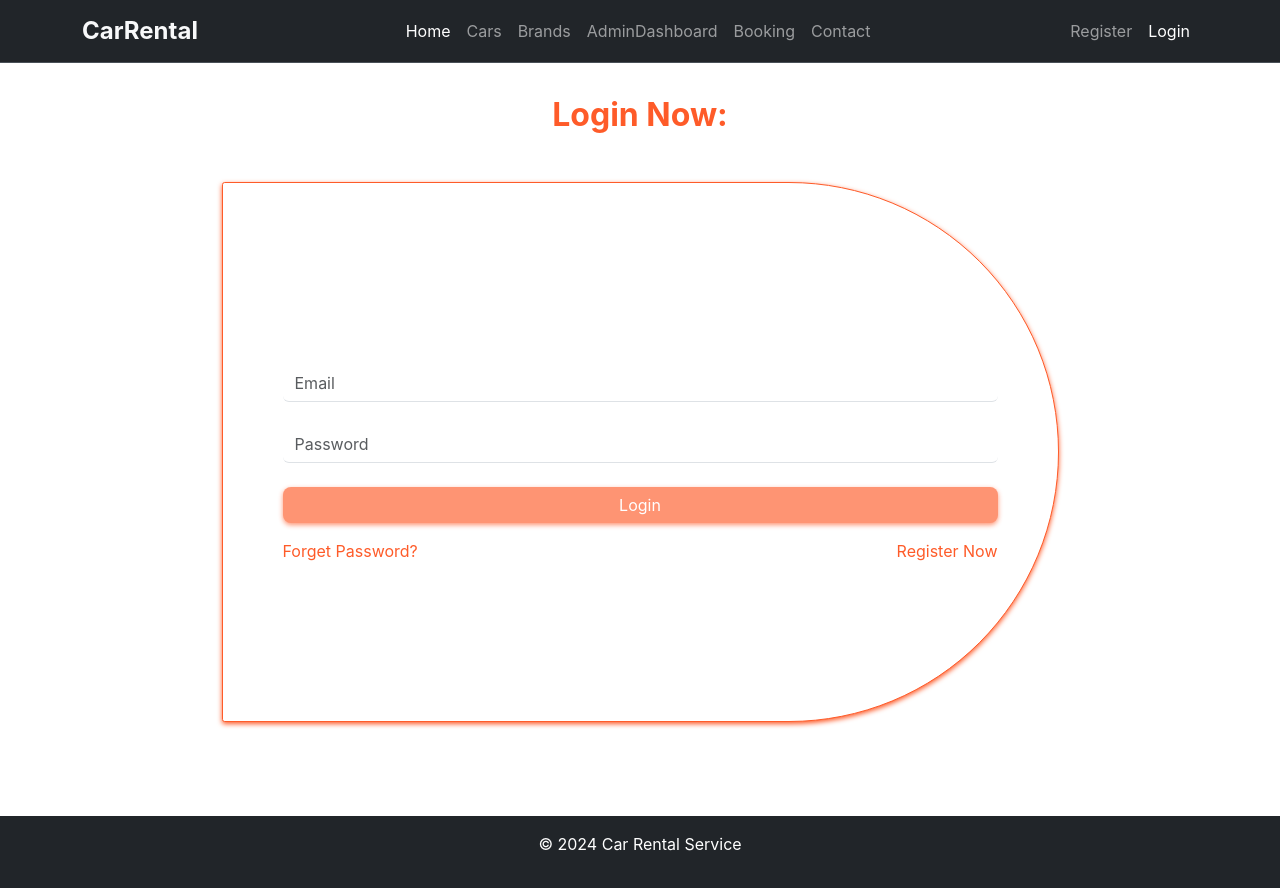
Repository: YomnaWegdan/frontendCarRental
Page: /admin
These files come from the project's save history. The page is drawn as it stood at one moment and after the next save; the edit follows.
The browser window is 1280 px wide. The pictures show the whole page.
The page's requests for data from a server got no answer. The project was rebuilt for these pictures with package versions that can differ from the ones it lists, and the page was loaded fresh each time. No one was signed in, and anything a server would have sent is missing. Also part of the build but not shown: src/App.css, src/Components/Hero.jsx, src/Components/CarItems.jsx, src/pages/Contact.jsx, src/pages/Home.jsx, src/pages/CarDetails.jsx, src/pages/Booking.jsx, src/pages/Register.jsx and 7 more.

Above is the page before, as saved 2024-11-02 10:46:17.

After the next save:
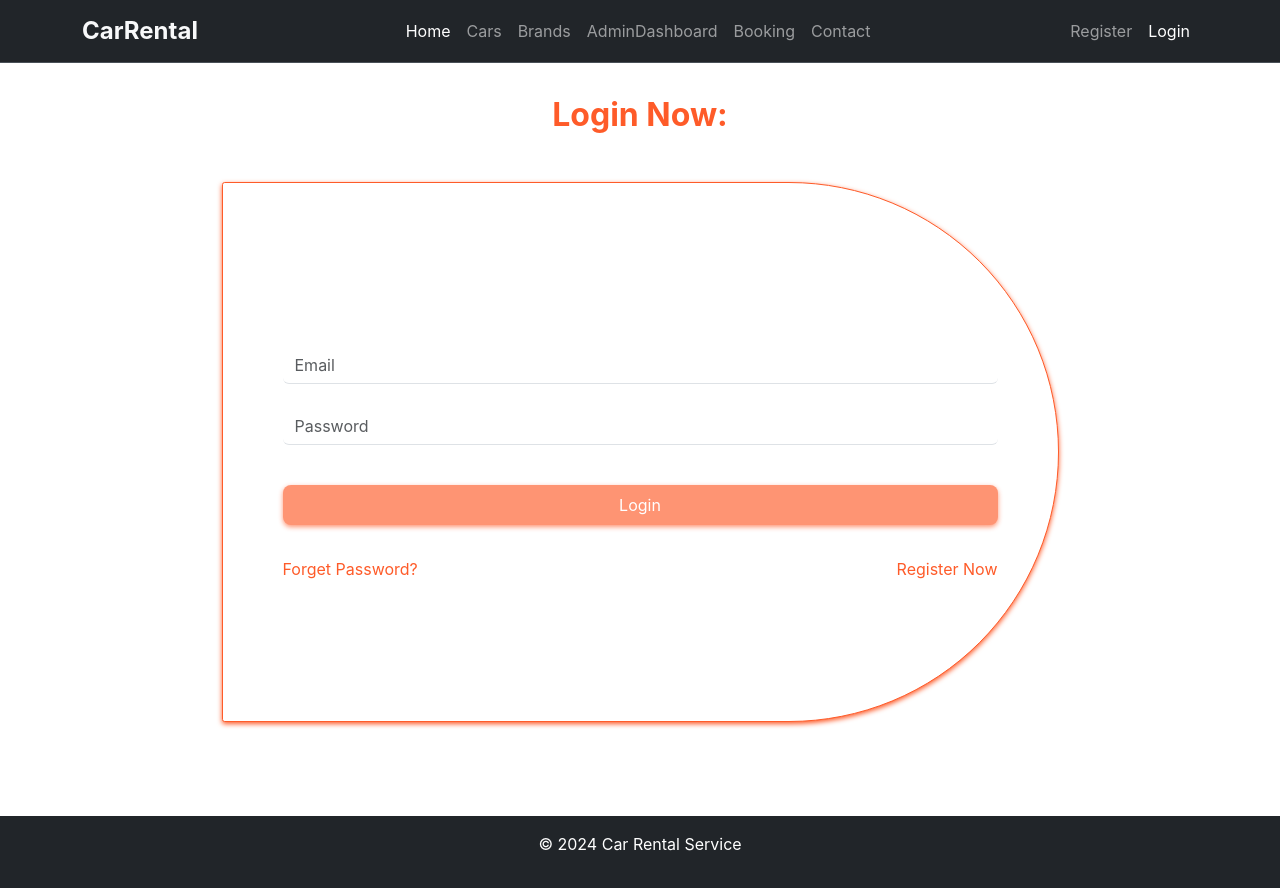
Saved 5 s later.
--- a/src/index.css
+++ b/src/index.css
@@ -37,6 +37,8 @@ code {
   border: 0;
   border-radius: 8px;
   box-shadow: 0 2px 5px #FE5B29 !important;
+  padding: 0.5rem 1rem;
+  margin: 1rem 0;
 
 }
 .btn-main:hover{
